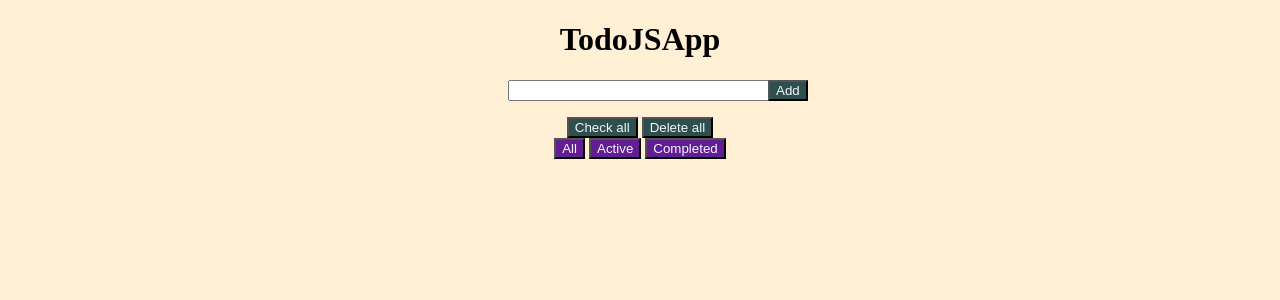
Repository: Follle/Todo
Page: index.html
These files come from the project's save history. The page is drawn as it stood at one moment and after a run of saves; the edit follows.
The browser window is 1280 px wide. The pictures show the whole page.

Above is the page before, as saved 2024-03-26 17:34:43.

### index.html
<!DOCTYPE HTML>
<html>
 <head>
  <meta http-equiv="Content-Type" content="text/html; charset=utf-8">
  <title>ToDo</title>
  <script src ="script.js" defer></script>
  <style>
    body{
        background-color: #FFEFD5;

        text-align: center;
    }

  </style>
 </head>
 <body>
    <h1>TodoJSApp</h1>
    <p style="position: fixed; top:64px; left:60% "><button style = "background:#2F4F4F; color:aliceblue" class="add-btn">Add</button>
    <p style=" top:1"><input size="30" class="i-1"></p>
    <div class="tasks-list"></div>
    <button style = "background:#2F4F4F; color:aliceblue" class="i-2">Check all</button>
    <button style = "background:#2F4F4F; color:aliceblue" class="i-3">Delete all</button>
  </div>
  <div class="task-list-completed"></div>
  <div class="tab-btn">
    <button id="all"; style = "background:#631d92; color:aliceblue">All</button>
    <button id="active"; style = "background:#631d92; color:aliceblue" >Active</button>
    <button id="completed"; style = "background:#631d92; color:aliceblue">Completed</button>
  </div>
  <div class ="container">
    <div class="posts"></div>
    <div class="pagination"></div>
  </div>

  </script>
  </script>

 </body>
</html>

### script.js
const btn = document.querySelector('.add-btn');
const inp = document.querySelector('.i-1');
const tasksList= document.querySelector('.tasks-list');
const selectAll = document.querySelector('.i-2');
const cancel = document.querySelector('.i-3');
const showAllCompleted = document.querySelector('.i-4');
const input = document.createElement('input');
const showStatus = document.querySelector('.tab-btn');
const btnAll = document.getElementById('all');
const btnCompleted = document.getElementById('completed');
const btnActive = document.getElementById('active');
//const btnNext = document.getElementById('')
//const content = document.querySelector('.content');


let tasksArray = [];//postsData
let checkAllCount=[];
let notCheckAllCount=0;
let filtrationStatus = 'all';

//let itemsPerPage = 5; //элементов на странице
//let buttons = [];
let currentPage = 1;
let rows = 5;
//let condition = 0;



function addTask () {
    tasksArray.push({
        id: Date.now(),
        text: inp.value,
        isChecked: false,
    });
    render();
}

function render() {// выводит инфу

    //condition += 1;
    let tempArray = [];
    switch(filtrationStatus){
        case "all": {

            tempArray = tasksArray;
            break;
        }
        case "completed": {

            tempArray = tasksArray.filter((item) => item.isChecked);
            break;
        }
        case "active": {

            tempArray = tasksArray.filter((item) => !item.isChecked);
            break;
        }
        default: break;
    }
    tasksList.innerHTML= "";
    tempArray.forEach((elem) => tasksList.innerHTML += `<div id="${elem.id}">
    <input type="checkbox" ${elem.isChecked ? 'checked' : ''}><label>${elem.text}</label>
    <button>X</button>`);
    countCheck();
    // if ((condition%5)===0){
    //     //console.log("hjk");
    //     drawButton();
    // };
    // console.log(condition);
       //})
    //getPage();

}

function changes(event){//изменения инпута
    const taskId = Number(event.target.parentElement.id);
    if (event.target.tagName === 'BUTTON'){
        const elem = tasksArray.findIndex((elem) => elem.id === taskId)
        tasksArray.splice(elem, 1);
        countCheck();
        render();

    }

    if (event.target.tagName === 'INPUT' && event.target.type === 'checkbox'){//удаляет завершенные
        const elem = tasksArray.findIndex((elem) => elem.id === taskId)
        tasksArray[elem].isChecked = !tasksArray[elem].isChecked;
        if (event.target.tagName === 'Enter') {
        addTask();
    }
        countCheck();
        render();

    }


}

function checkAll(){//делает все чекбоксы сделанными
    tasksArray.forEach((elem)=>elem.isChecked =true);
    render();

}

function checkAndDelete(){// удаляет по одному
   tasksArray = tasksArray.filter((item) => !item.isChecked)
   render();
}

function handleEnter (event) { // сохраняет при нажатии enter
    if (event.code === 'Enter') {
        addTask();
    }
}

function editTask(event){//редактирование существующего
    const taskId = Number(event.target.parentElement.id);
    const temp = event.target;
    if (event.target.tagName === 'LABEL')
    {
        input.value = tasksArray[tasksArray.findIndex((item) => item.id === taskId)].text;
        input.id = taskId;
        temp.replaceWith(input);
        input.focus();
    }

}

function saveInput(event){
    if (event.code === 'Enter') { //сохраняет при нажатии enter
        tasksArray[tasksArray.findIndex((item) => Number(item.id) === Number(input.id))].text = input.value;
        render();
    }

    if (event.code === 'Escape'){//отменяет изменения при нажатии escape
        render();
    }
}

input.onblur = function(event) {// сохранение при блюре
    if (event.sourceCapabilities !== null) {
        tasksArray[tasksArray.findIndex((item) => Number(item.id) === Number(input.id))].text = input.value;
    render();
    }
}

function countCheck(){// считает выбранные и не очень
    checkAllCount = tasksArray.filter((item) => item.isChecked).length;
    notCheckAllCount = tasksArray.length - checkAllCount;
    btnAll.textContent = `All(${tasksArray.length})`;
    btnCompleted.textContent = `Completed(${tasksArray.length-notCheckAllCount})`;
    btnActive.textContent = `Active(${tasksArray.length-checkAllCount})`;
}

function chooseTaskStatus(event){

    switch(event.target.id) {
        case 'all':
            filtrationStatus = 'all';
            render();
            break;
        case 'completed':
            filtrationStatus = 'completed';
            render();
            break;
        case 'active':
            filtrationStatus = 'active';
            render();
        default:
            break;
    }
}


// function getPage(){
//     let tasksPerPage = 5;
//     let pages = Math.ceil(tasksArray.length / tasksPerPage);
//     for (let i = 0; i < pages; i++) {
//         let start = i * tasksPerPage;
//         let end = start + tasksPerPage;
//         let page = tasksArray.slice(start, end);
//         if ((tasksArray.length % 5 )=== 0) {
//             let button = document.createElement('button');
//             button.innerHTML = `${tasksArray.length}`;
//             document.body.appendChild(button);
//             buttons.push(button);
//         }
//         console.log("dfghj");
//       }

function displayList(arrData, rowPerPage, page) {
    const postsEl = document.querySelector('.posts');
    postsEl.innerHTML = "";
    page--;

    const start = rowPerPage * page;
    const end = start + rowPerPage;
    const paginatedData = arrData.slice(start, end);

    paginatedData.forEach((el) => {
      const postEl = document.createElement("div");
      postEl.classList.add("post");
      postEl.innerText = `${el.title}`;
      postsEl.appendChild(postEl);
    })
  }
  function displayPagination(arrData, rowPerPage) {
    const paginationEl = document.querySelector('.pagination');
    const pagesCount = Math.ceil(arrData.length / rowPerPage);
    const ulEl = document.createElement("ul");
    ulEl.classList.add('pagination__list');

    for (let i = 0; i < pagesCount; i++) {
      const liEl = displayPaginationBtn(i + 1);
      ulEl.appendChild(liEl)
    }
    paginationEl.appendChild(ulEl)
  }

  function displayPaginationBtn(page) {
    const liEl = document.createElement("li");
    liEl.classList.add('pagination__item')
    liEl.innerText = page

    if (currentPage == page) liEl.classList.add('pagination__item--active');

    liEl.addEventListener('click', () => {
      currentPage = page
      displayList(tasksArray, rows, currentPage)

      let currentItemLi = document.querySelector('li.pagination__item--active');
      currentItemLi.classList.remove('pagination__item--active');

      liEl.classList.add('pagination__item--active');
    })

    return liEl;
  }

  displayList(tasksArray, rows, currentPage);
  displayPagination(tasksArray, rows);




    // let startIndex = 0; //начальный индекс
    // let endIndex = tasksArray *itemsPerPage; // последний инекс
    // let page = tasksArray.slice(startIndex, endIndex);
    // console.log(startIndex);
    // return page;


// function drawButton(condition) {
//     condition === 0;
//     if (!condition) {
//       let button = document.createElement('button');
//       button.innerHTML = `${tasksArray.length}`;
//       document.body.appendChild(button);
//       buttons.push(button);
//     }
//   }


//content.addEventListener('DOMContentLoaded', pagination);
showStatus.addEventListener('click',chooseTaskStatus);
input.addEventListener('keydown', saveInput);
inp.addEventListener('keydown', handleEnter);
selectAll.addEventListener('click', checkAll);
cancel.addEventListener('click', checkAndDelete);
tasksList.addEventListener('dblclick', editTask);
tasksList.addEventListener('click', changes);
btn.addEventListener('click', addTask);

After the next 2 saves:
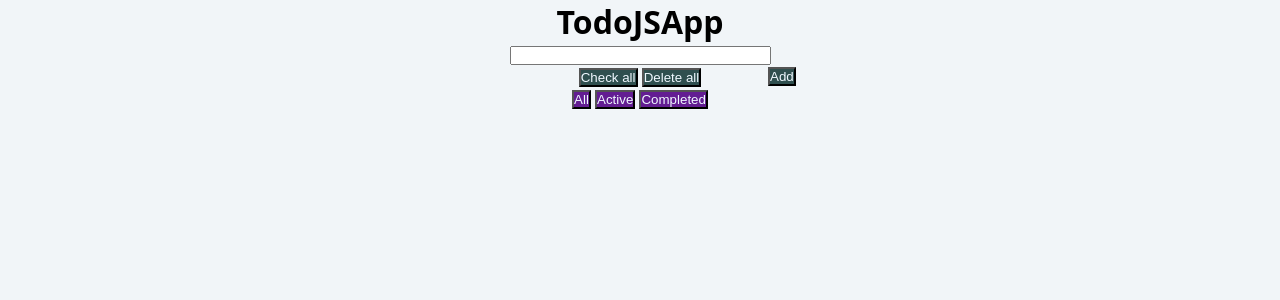
The 2 saves are shown as one change because they came seconds apart.
The last was saved 111 s later.
--- a/index.html
+++ b/index.html
@@ -10,7 +10,59 @@
 
         text-align: center;
     }
+    * {
+  margin: 0px;
+  padding: 0px;
+  box-sizing: border-box;
+}
 
+body {
+  background-color: #f1f5f8;
+  font-family: "Open Sans", sans-serif;
+}
+
+.container {
+  max-width: 1200px;
+  margin: 0 auto;
+}
+
+.title {
+  display: flex;
+  justify-content: center;
+}
+
+.posts {
+  display: flex;
+  flex-direction: column;
+  align-items: center;
+}
+
+.post {
+  padding: 8px;
+  border-color: bisque;
+  border: 1px;
+}
+
+.pagination {
+  display: flex;
+  justify-content: center;
+}
+
+.pagination__list {
+  display: flex;
+  list-style-type: none;
+}
+
+.pagination__item {
+  padding: 8px;
+  margin: 8px;
+  cursor: pointer;
+}
+
+.pagination__item--active {
+  font-weight: 800;
+  color: gold;
+}
   </style>
  </head>
  <body>

After the save that followed:
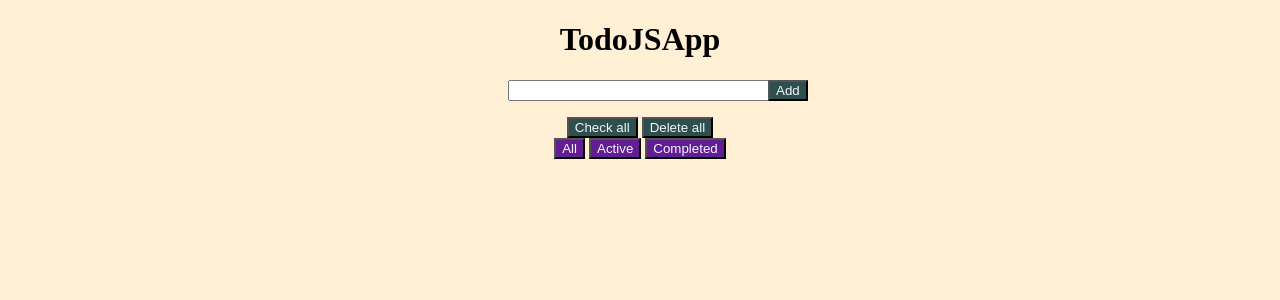
Saved 18 s later.
--- a/index.html
+++ b/index.html
@@ -10,59 +10,7 @@
 
         text-align: center;
     }
-    * {
-  margin: 0px;
-  padding: 0px;
-  box-sizing: border-box;
-}
 
-body {
-  background-color: #f1f5f8;
-  font-family: "Open Sans", sans-serif;
-}
-
-.container {
-  max-width: 1200px;
-  margin: 0 auto;
-}
-
-.title {
-  display: flex;
-  justify-content: center;
-}
-
-.posts {
-  display: flex;
-  flex-direction: column;
-  align-items: center;
-}
-
-.post {
-  padding: 8px;
-  border-color: bisque;
-  border: 1px;
-}
-
-.pagination {
-  display: flex;
-  justify-content: center;
-}
-
-.pagination__list {
-  display: flex;
-  list-style-type: none;
-}
-
-.pagination__item {
-  padding: 8px;
-  margin: 8px;
-  cursor: pointer;
-}
-
-.pagination__item--active {
-  font-weight: 800;
-  color: gold;
-}
   </style>
  </head>
  <body>
